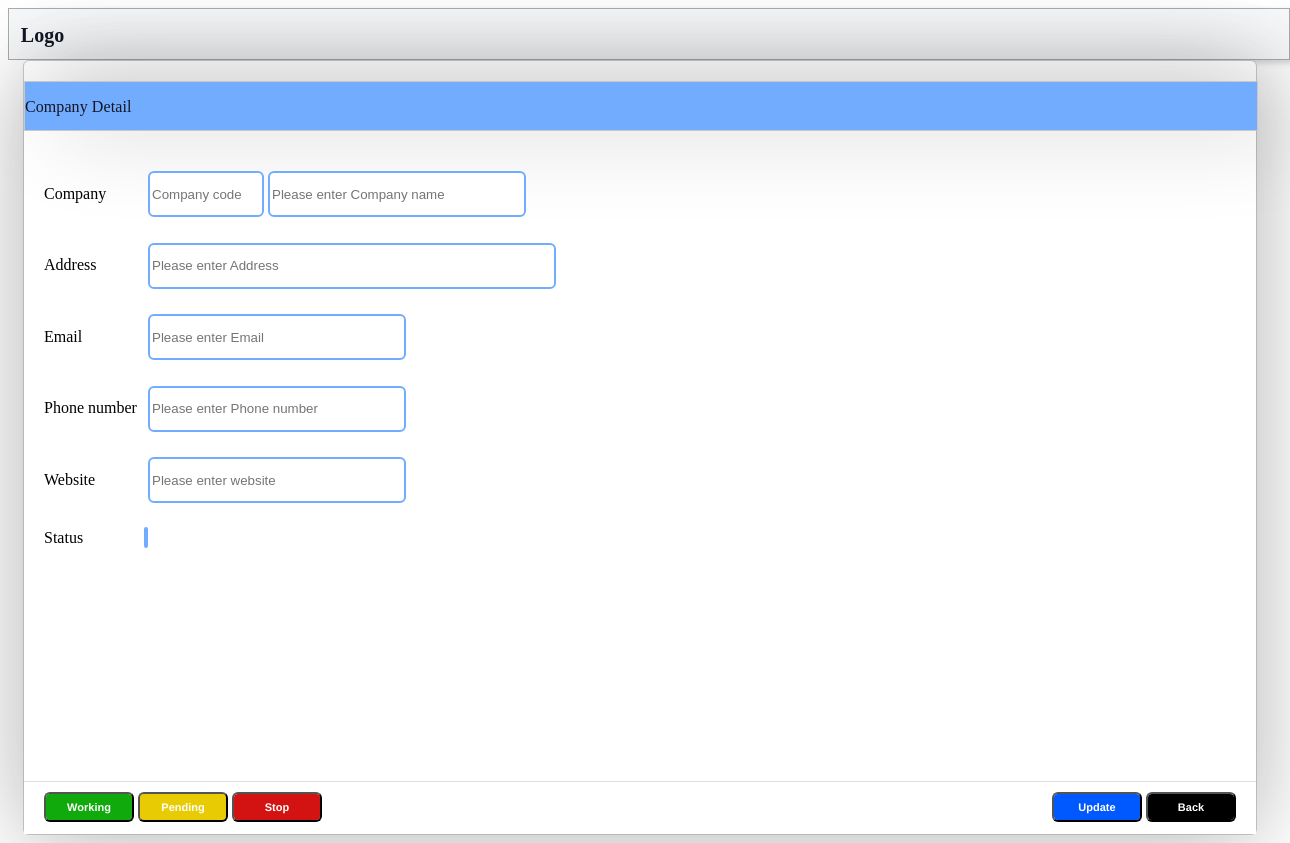
Repository: Zain1409/company
Page: client/html/CompanyDetail.html
The author's editor kept a copy of each file at every save. The page is drawn from the files as they stood at one save, then again after a run of saves.
The browser window is 1280 px wide. The page is 1290 px wide, so the pictures cover 1290 px, including what lies to the right of the window. The pictures show the whole page.

Above is the page before, as saved 2021-04-08 16:24:00.
Console error: TypeError: Cannot read properties of undefined (reading 'data')

After the next 3 saves:
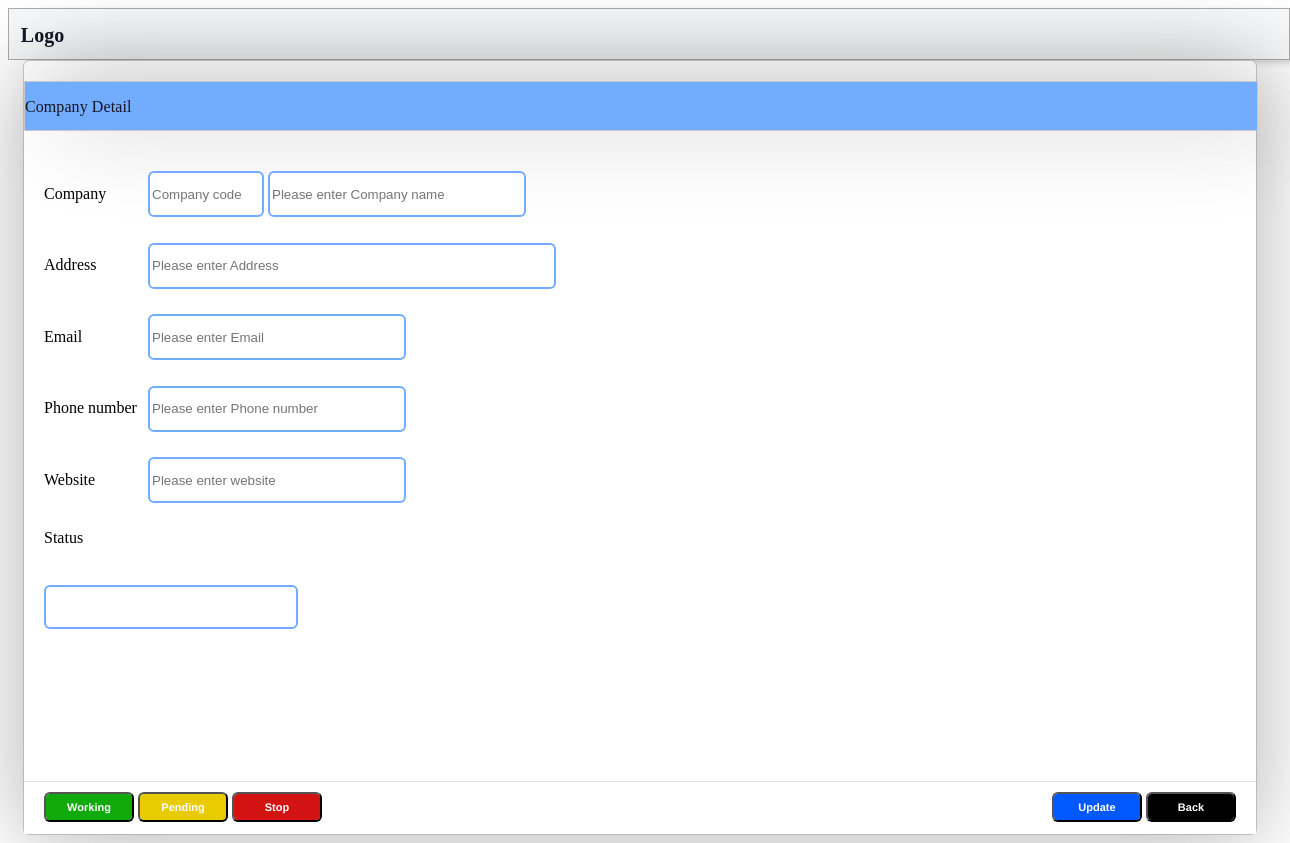
The 3 saves are shown as one change because they came seconds apart.
The last was saved 24 s later.
--- a/client/html/CompanyDetail.html
+++ b/client/html/CompanyDetail.html
@@ -33,7 +33,7 @@
                 <label id="properties">Website</label> <input id="website" type="text" placeholder="Please enter website " >
                 <br>
                 <br>
-                <label id="properties">Status</label> <label id="form_select"></label>
+                <label id="properties">Status</label> <p id="form_select"></p>
 
             </form>
             <div id="footer">
